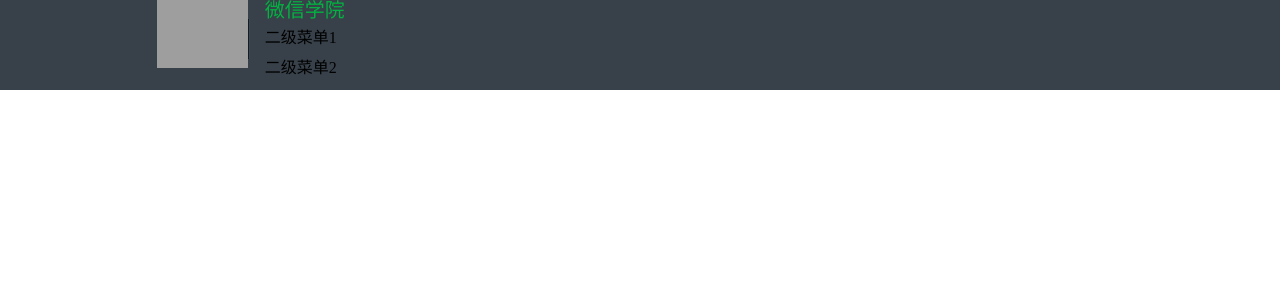
Repository: A1LExX/H5_study_set
Page: tencentUniversity/index.html
The author's editor kept a copy of each file at every save. The page is drawn from the files as they stood at one save, then again after a run of saves.
The browser window is 1280 px wide. The pictures show the whole page.
Pictures or frames that could not be fetched are drawn as grey boxes.

Above is the page before, as saved 2021-07-03 10:19:04.

After the next 2 saves:
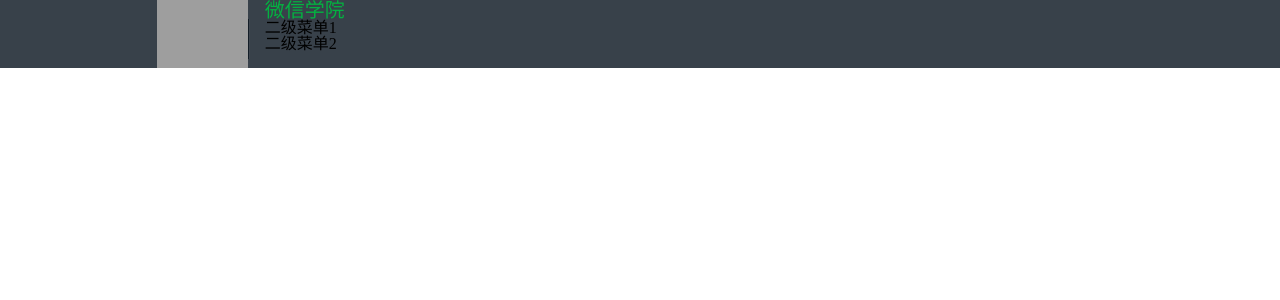
The 2 saves are shown as one change because they came seconds apart.
The last was saved 13 s later.
--- a/tencentUniversity/css/index.css
+++ b/tencentUniversity/css/index.css
@@ -2,7 +2,7 @@
  * @author [Alex Wei]
  * @email [w2262196@outlook.com]
  * @create date 2021-07-03 09:46:10
- * @modify date 2021-07-03 10:19:04
+ * @modify date 2021-07-03 10:19:17
  * @desc [description]
  */
 /* 版心 */
@@ -72,6 +72,10 @@ html,body{
     font-size: 20px;
 }
 
+.downList ul[
+
+]
+
 .downList li{
    width: 80px;
    height: 30px;
